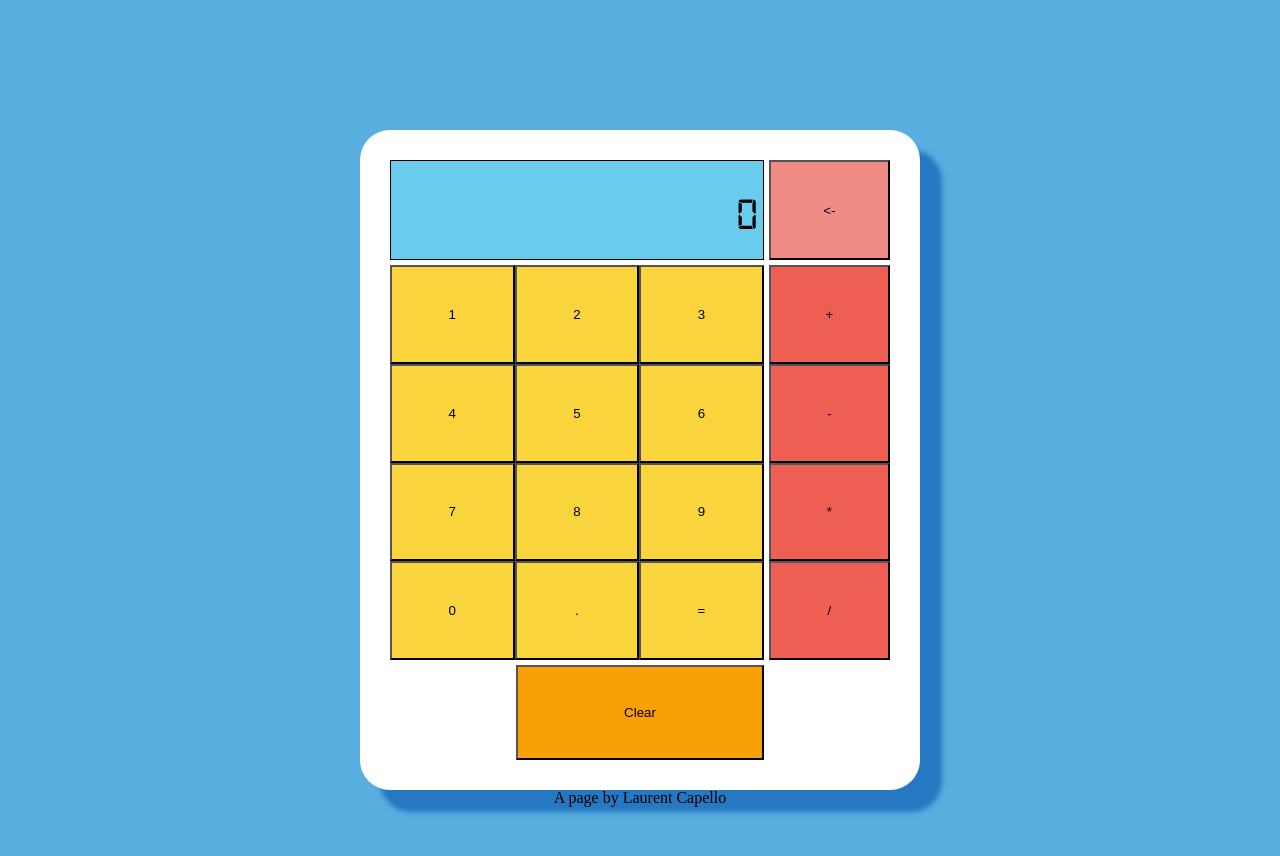
Repository: sokafootball/js-calculator
Page: index.html
The author's editor kept a copy of each file at every save. The page is drawn from the files as they stood at one save, then again after the next save.
The browser window is 1280 px wide. The pictures show the whole page.

Above is the page before, as saved 2020-05-06 19:54:58.

### index.html
<html>
<head>
  <title>Javascript Calculator - By Laurent Capello</title>
  <link rel="stylesheet" type="text/css" href="reset.css">
  <link rel="stylesheet" type="text/css" href="style.css">
  <!--<link rel="stylesheet" type="text/css" href="wireframe.css">-->
  <link href="https://fonts.googleapis.com/css2?family=Barlow:wght@300&display=swap" rel="stylesheet">
</head>
<body>
<main id="main">
  <div id="calculator">
    <p id="display">0</p>
    <button id="backspace" class="button"><-</button>
    <div id="numpad">
      <button class="button num-button">1</button>
      <button class="button num-button">2</button>
      <button class="button num-button">3</button>
      <button class="button num-button">4</button>
      <button class="button num-button">5</button>
      <button class="button num-button">6</button>
      <button class="button num-button">7</button>
      <button class="button num-button">8</button>
      <button class="button num-button">9</button>
      <button class="button num-button">0</button>
      <button id="decimal-button" class="button">.</button>
      <button id="equal-button" class="button">=</button>
    </div>
    <div id="operators">
      <button class="button operation-button">+</button>
      <button class="button operation-button">-</button>
      <button class="button operation-button">*</button>
      <button class="button operation-button">/</button>
    </div>
    <button id="clear-button" class="button">Clear</button>
  </div>
</main>
<footer id="footer">
  <p>A page by <span id="signature">Laurent Capello</span></p>
</footer>
<div id="hidden-element" class="display-full" style="display: none"></div>
<script type="text/javascript" src="script.js"></script>
</body>
</html>

### style.css
@font-face {
  font-family: "calcFont";
  src: url("./fonts/digital-7/digital-7.ttf");
  }

body{
  align-items: center;
  background-color: hsl(202, 68%, 61%);
  display: flex;
  flex-direction: column;
  justify-content: space-between;
}

.display-full{
  animation-name: display-full;
  animation-duration: 0.3s;
}

#numpad button{
  background-color: hsl(48, 95%, 61%);
  border-radius: 0px;
}

#backspace{
  background-color: hsl(4, 77%, 73%);
  grid-area: backspace;
}

#calculator{
  background-color: white;
  border-radius: 30px;
  box-shadow: 21px 21px 5px 1px hsl(208, 68%, 45%);
  padding: 30px;
}

#calc-top{
  margin-bottom: 40px;
}

#clear-button{
  background-color: hsl(38, 95%, 50%);
  grid-area: clear;
}

#display{
  background-color: hsl(195, 78%, 67%);
  border: 1px solid black;
  font-family: 'calcFont', sans-serif;
  font-size: 45px;
  grid-area: display;
  line-height: 95px;
  padding-right: 5px;
  text-align: right;
  vertical-align: middle;
}

#calculator{
  display: grid;
  gap: 5px 5px;
  grid-template-areas:
    "display display display backspace"
    "numpad numpad numpad operators"
    "numpad numpad numpad operators"
    "numpad numpad numpad operators"
    "numpad numpad numpad operators"
    ". clear clear .";
  grid-template-columns: repeat(4, 1fr);
  grid-template-rows: 100px repeat(5, 1fr); /*first row is fixed to stop the border animation from taking space from other rows*/
  height: 600px;
  margin-top: 130px;
  width: 500px;
}

#footer{
  margin-bottom: 50px;
}

#numpad{
  display: grid;
  grid-area: numpad;
  grid-template-columns: repeat(3, 1fr);
  grid-template-rows: repeat(4, 1fr);
}

#operators{
  display: flex;
  flex-direction: column;
  justify-content: space-evenly;
  grid-area: operators;
}

#operators button{
  background-color: hsl(4, 82%, 63%);
  flex-grow: 1;
}

@keyframes display-full{
  0% {border: 1px solid black;}
  50% {
    border: 2px solid red;
    box-shadow: 0px 0px 6px 1px red;
    line-height: 93px;
    padding-right: 4px;
  }
  100% {border: 1px solid black;}
}

### script.js
/*
CODE BY LAURENT CAPELLO
*/

//#region STARTUP
const MAX_DISPLAY_LENGTH = 14
const MAX_DECIMALS = 3
const EXPONENTIAL_NOTATION_DIGITS = MAX_DISPLAY_LENGTH - 4 //4 digits are reserved for the exponential notation and the dot
let display = document.querySelector(`#display`)
let overwriteIsOn = true
let operation = null, operand1 = null, operand2 = null

addFunctionsToBtns()

function addFunctionsToBtns(){
	let numButtons = document.querySelectorAll(`.num-button`)
	numButtons = Array.from(numButtons)
	numButtons.forEach(button => {
		button.addEventListener(`click`, () => pressNumBtn(button.innerText))
	});

	let opButtons = document.querySelectorAll(`.operation-button`)
	opButtons = Array.from(opButtons)
	opButtons.forEach(button => {
		button.addEventListener(`click`, () => pressOperationBtn(button.innerText))
	});

	let equalButton = document.querySelector(`#equal-button`)
	equalButton.addEventListener(`click`, pressEqualBtn)

	let clearButton = document.querySelector(`#clear-button`)
	clearButton.addEventListener(`click`, pressClearBtn)

	let bckSpaceBtn = document.querySelector(`#backspace`)
	bckSpaceBtn.addEventListener(`click`, pressBackspaceBtn)

	let decimalBtn = document.querySelector(`#decimal-button`)
	decimalBtn.addEventListener(`click`, pressDecimalBtn)

	document.onkeydown = (e) => filterKeyPress(e)
}

function filterKeyPress(e){
	console.log(`key pressed`)
	if (e.which <= 105 && e.which >= 96){
		pressNumBtn(Number(e.key))
	} else if (e.which == 106 || e.which == 107 || e.which == 109 || e.which == 111) {
		pressOperationBtn(e.key)
	} else if (e.which == 13){
		pressEqualBtn()
	} else if (e.which == 110){
		pressDecimalBtn()
	} else if (e.which == 8){
		pressBackspaceBtn()
	}
}
//#endregion

//#region SUPPORT FUNCTIONS
function clear(){
	display.innerText = `0`
	operation = null
	operand1 = null
	operand2 = null
	overwriteIsOn = true
}

function displayNumber(num){
	if(num == 0 && display.innerText == `0`) return
  if(overwriteIsOn){
		if(num == `.`){
			display.innerText += num
		}else{
			display.innerText = num
		}
		overwriteIsOn = false
	}else{
		if(display.innerText.length >= MAX_DISPLAY_LENGTH){
			animateDisplay()
			return
		}
		display.innerText += num
	}
}

function displayResult(){
	operand1 = operate(operation, operand1, operand2)
	operand2 = null
	display.innerText = operand1
}

function saveNumber(){
	if(operation == null)
		operand1 =  Number(display.innerText)
	else operand2 =  Number(display.innerText)
}

function saveOperation(operationSign){
	operation = operationSign
	overwriteIsOn = true
}

function truncateDecimals(num){
	if((num % 1).toString().length > MAX_DECIMALS) return Number(num).toFixed(MAX_DECIMALS)
	return num
}

function truncateIntegers(num){
	if(num.toString().length <= MAX_DISPLAY_LENGTH) return num
	return num.toExponential(EXPONENTIAL_NOTATION_DIGITS)
}
//#endregion

//#region BUTTONS FUNCTIONS
function pressBackspaceBtn(){
	//if display length is 1
	if(display.innerText.length == 1){
		display.innerText = `0`
	}else{
		let displayArray = Array.from(display.innerText)
		displayArray.pop()
		display.innerText = displayArray.join(``)
	}
	saveNumber()
}

function pressDecimalBtn(){
	//add dot to the right of the number on display
	if (display.innerText.includes(`.`)) return
	displayNumber(`.`)
	saveNumber()
}

function pressClearBtn(){
	clear()
}

function pressEqualBtn(){
	if(operand1 != null && operand2 != null){
		displayResult()
		operation = null
		overwriteIsOn = true
		operand2 = null
	}else{
		operation = null
		overwriteIsOn = true
		operand2 = null
		display.innerText = operand1 == null ? `0` : operand1
	}
}

function pressNumBtn(num){
	displayNumber(Number(num))
	saveNumber()
}

function pressOperationBtn(operationSign){
	if (operation == null){
		saveOperation(operationSign)
	}else{
		if(operand1 != null && operand2 != null){
			displayResult()
		}
		saveOperation(operationSign)
	}
}
//#endregion

//#region MATH FUNCTIONS
function operate(operation, a, b){
	let result = null
	switch (operation){
		case `+`:
			operation = add
			break
		case `-`:
			operation = subtract
			break;
		case `*`:
			operation = multiply
			break
		case `/`:
			operation = divide
			break;
		default:
			console.log(`invalid operation`)
			return
	}
	result = Number(operation(a,b))
	result = truncateDecimals(result)
	result = truncateIntegers(result)
  return Number(result)
}

function add (...nums) {
	return nums.reduce((total, num) => {
		return total + num
	}, 0)
}

function subtract (...nums) {
	return nums.reduce((total, num) => {
		return total - num
	})
}

function sum (arr) {
	return add(...arr)
}

function divide (...nums){
	if (nums[1] == 0){
		console.log(`you can't divide by 0!`)
		clear()
		return 0
	}
	return nums.reduce((total, num) => total / num
	)
}

function multiply (...nums) {
	return nums.reduce((total, num) => {
		return total * num
	})
}
//#endregion

//#region DISPLAY ANIMATION FUNCTIONS
function convertDuration(durationString){
	let duration = Number(durationString.replace(`s`, ``))
	return duration * 1000
}

function animateDisplay(){
	let animDurationString = getComputedStyle(document.querySelector(`.display-full`)).animationDuration
	const ANIM_DURATION = convertDuration(animDurationString)
	display.classList.remove(`display-full`)
	display.classList.add(`display-full`)
	setTimeout(() => display.classList.remove(`display-full`), ANIM_DURATION);
}
//#endregion

Loaded but not shown: reset.css (common file)

After the next save:
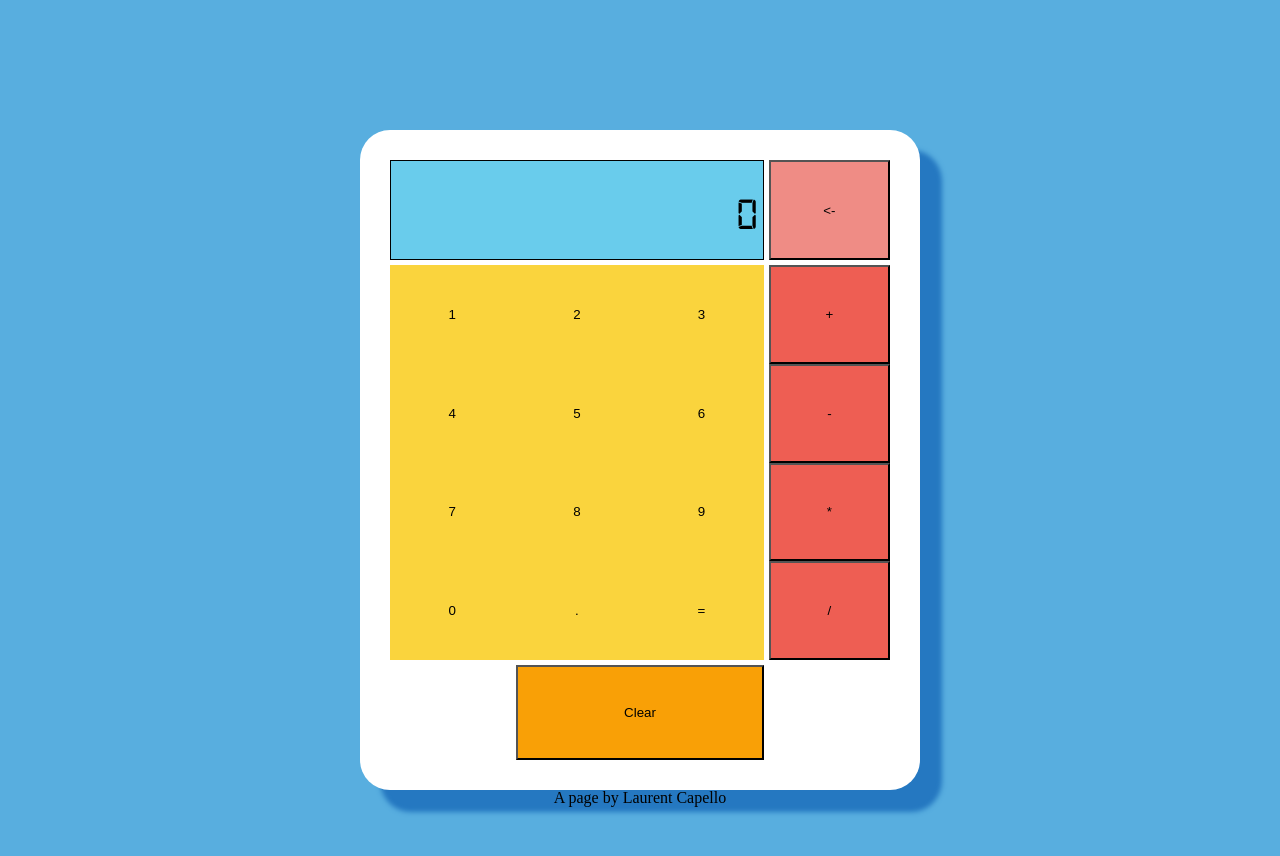
Saved 7 s later.
--- a/style.css
+++ b/style.css
@@ -18,7 +18,7 @@ body{
 
 #numpad button{
   background-color: hsl(48, 95%, 61%);
-  border-radius: 0px;
+  border-width: 0px;
 }
 
 #backspace{
